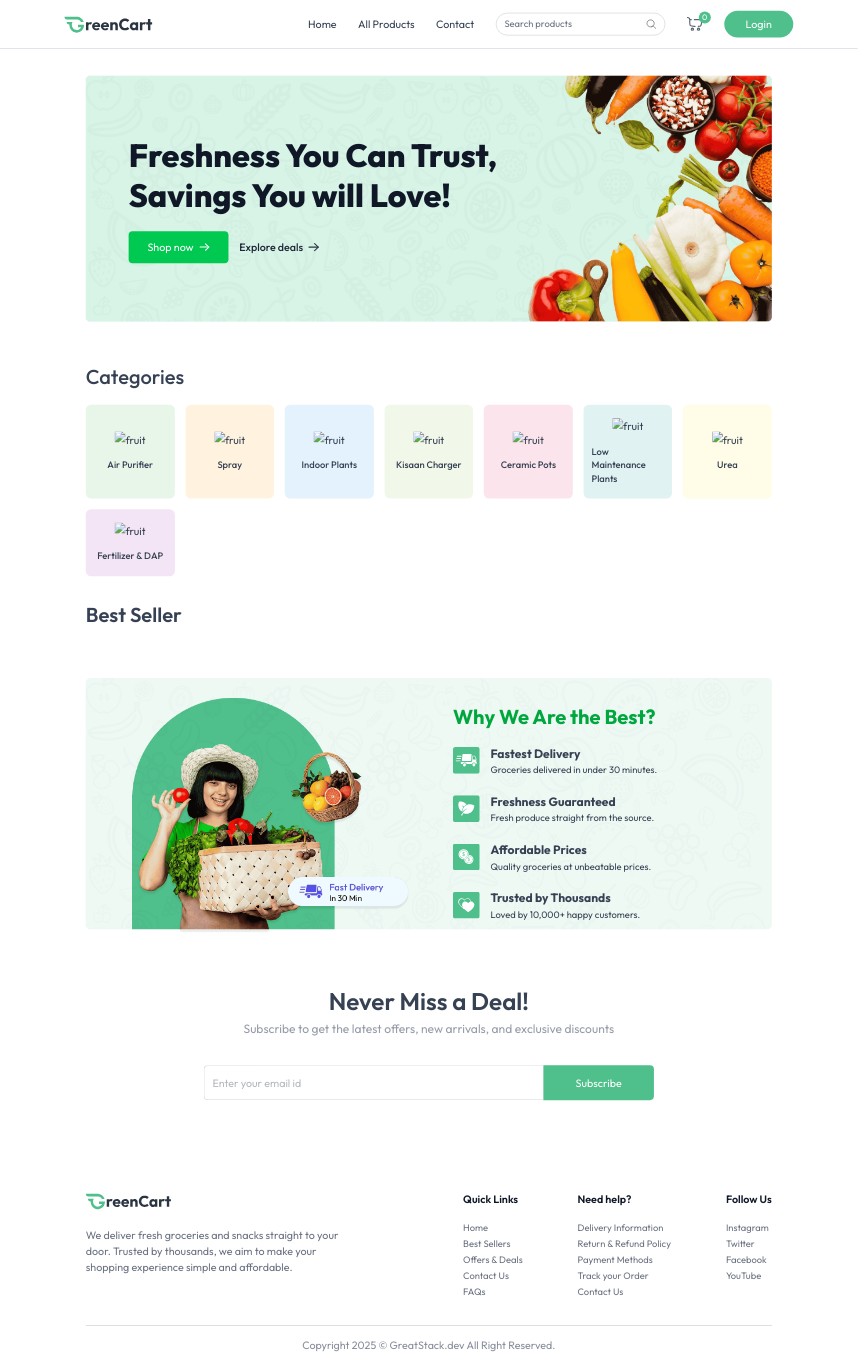
Repository: deepak445566/cv
Page: / (app in client/)
The author's editor kept a copy of each file at every save. The page is drawn from the files as they stood at one save, then again after the next save.
The browser window is 1280 px wide. The pictures show the whole page, at 67% of full size.
The page's requests for data from a server got no answer. Some web fonts or font styles are not loaded; a fallback is used. The project was rebuilt for these pictures with package versions that can differ from the ones it lists, and the page was loaded fresh each time. No one was signed in, and anything a server would have sent is missing. Also part of the build but not shown: client/vite.config.js, client/src/components/ProductCard.jsx, client/src/components/Login.jsx, client/src/pages/AllProduct.jsx, client/src/pages/Productcato.jsx, client/src/pages/ProductDetail.jsx, client/src/pages/Cart.jsx, client/src/components/Addaddress.jsx and 7 more.

Above is the page before, as saved 2025-12-14 19:49:48.

### client/index.html
<!doctype html>
<html lang="en">
  <head>
    <meta charset="UTF-8" />
    <link rel="icon" type="image/svg+xml" href="/favicon.svg" />
    <meta name="viewport" content="width=device-width, initial-scale=1.0" />
    <title>Grocery</title>
  </head>
  <body>
    <div id="root"></div>
    <script type="module" src="/src/main.jsx"></script>
  </body>
</html>

### client/src/main.jsx
import { StrictMode } from 'react'
import { createRoot } from 'react-dom/client'
import './index.css'
import App from './App.jsx'
import {BrowserRouter} from 'react-router-dom'
import { AppContextProvider } from './context/AppContext.jsx'


createRoot(document.getElementById('root')).render(
  <BrowserRouter>
  <AppContextProvider>
    <App />
    </AppContextProvider>
 </BrowserRouter>,
)

### client/src/index.css



@import url('https://fonts.googleapis.com/css2?family=Anton&family=Archivo+Black&family=Bebas+Neue&family=Bungee&family=Exo+2:ital,wght@0,100..900;1,100..900&family=Frijole&family=Kaushan+Script&family=Lilita+One&family=Mozilla+Headline:wght@200..700&family=Outfit:wght@100..900&family=Poppins:ital,wght@0,100;0,200;0,300;0,400;0,500;0,600;0,700;0,800;0,900;1,100;1,200;1,300;1,500;1,600;1,700;1,800;1,900&family=Rowdies:wght@300;400;700&family=Signika+Negative:wght@300..700&display=swap');

@import "tailwindcss";

*{
  font-family: "Outfit", sans-serif;
}
@theme {
  --color-primary:#4fbf8b;
  --color-primary-dull: #44ae7c;
}

### client/src/App.jsx
import React from 'react'
import Navbar from './components/Navbar'
import Home from './pages/Home'
import { Route, Routes, useLocation } from 'react-router-dom'
import { Toaster } from 'react-hot-toast';
import Footer from './components/Footer';
import { useAppContext } from './context/AppContext';
import Login from './components/Login';
import AllProduct from './pages/AllProduct';
import Productcato from './pages/Productcato';
import ProductDetail from './pages/ProductDetail';
import Cart from './pages/Cart';
import Addaddress from './components/Addaddress';
import Myorders from './pages/Myorders';
import SellerLogin from './components/seller/SellerLogin';
import SellerLayout from './pages/seller/SellerLayout';
import Addproduct from './pages/seller/Addproduct';
import ProductList from './pages/seller/ProductList';
import Order from './pages/seller/Order';
import Loading from './components/Loading';

function App() {

  const isSellerPath = useLocation().pathname.includes("seller");
const {showLogin,isSeller} =useAppContext();


  return (
  <>
  <div className='text-default min-h-screen text-gray-700 bg-white'>
{isSellerPath ? null : <Navbar/>}
{showLogin ? <Login/> : null}
<Toaster></Toaster>
<div className={` ${isSellerPath ? " ":"px-6 md:px-16 lg:px-24 xl:px-32" }`}>
  <Routes>
    <Route path='/' element={<Home/>}/>
    <Route path='/products' element={<AllProduct/>}/>
    <Route path='/products/:category' element={<Productcato/>}/>
    <Route path='/products/:category/:id' element={<ProductDetail/>}/>
  <Route path='/cart' element={<Cart/>}/>
  <Route path='/add-address' element={<Addaddress/>}/>
  <Route path='/myOrders' element={<Myorders/>}/>
<Route path="/loader" element={<Loading/>}/>



  <Route path='/seller' element={isSeller?<SellerLayout/> :<SellerLogin/>}>
  <Route index element={isSeller?<Addproduct/>:null} />
<Route path='product-list' element={isSeller?<ProductList/>:null} />
<Route path='orders' element={<Order/>}/>



  </Route>


  </Routes>
</div>
 {!isSellerPath && <Footer />}
</div>
  </>
  )
}

export default App

### client/src/context/AppContext.jsx
import { createContext, useContext, useEffect, useState } from "react";
import { useNavigate } from "react-router-dom";
import { dummyProducts } from "../assets/assets";
import toast from "react-hot-toast";
import axios from "axios";


axios.defaults.withCredentials = true;
axios.defaults.baseURL = import.meta.env.VITE_BACKEND_URL;






export const AppContext = createContext();

export const AppContextProvider = ({ children }) => {
  const navigate = useNavigate();

  const [user, setUser] = useState(null);
  const [isSeller, setIsSeller] = useState(false);
  const [showLogin, setShowLogin] = useState(false);
  const [products, setProducts] = useState([]);
  const [cartItems, setCartItems] = useState({});
  const [search, setSearch] = useState({});

  //status//
  const fetchSeller = async () =>{
    try {
      const {data} = await axios.get("/api/seller/isauth");
      if(data.success){
        setIsSeller(true);
      }
      else{
        setIsSeller(false);
      }
    } catch (error) {
      setIsSeller(false);
    }
  }



  const fetchUser = async ()=>{
    try {
      const {data} = await axios.get('/api/user/isauth');
      if(data.success){
        setUser(data.user)
        setCartItems(data.user.cartItems)

      }
    } catch (error) {
      setUser(null)
    }
  }


  // Fetch products
  const fetchProducts = async () => {
   try{
const {data} = await axios.get("/api/product/list")
if(data.success){
  setProducts(data.products)
}else{
  toast.error(data.message)
}
   }catch(error){
toast.error(error.message)
   }
  };

  // Add to cart
  const addToCart = (itemId) => {
    let cartData = structuredClone(cartItems);
    if (cartData[itemId]) {
      cartData[itemId] += 1;
    } else {
      cartData[itemId] = 1;
    }
    setCartItems(cartData);
    console.log(cartItems);
    toast.success("Added to Cart");
  };

  // Update cart quantity
  const updateCart = (itemId, quantity) => {
    let cartData = structuredClone(cartItems);
    if (quantity <= 0) {
      delete cartData[itemId];
    } else {
      cartData[itemId] = quantity;
    }
    setCartItems(cartData);
  };

  // Remove product from cart completely
  const removeFromCart = (itemId) => {
    let cartData = structuredClone(cartItems);
    if (cartData[itemId]) {
      delete cartData[itemId];
      setCartItems(cartData);
      toast.success("Removed from Cart");
    }
  };

  const getcount = () => {
    let totalcount = 0;
    for (const item in cartItems) {
      totalcount += cartItems[item];
    }
    return totalcount;
  };

  const gettotal = () => {
    let totalAmount = 0;
    for (const itemId in cartItems) {
      let itemInfo = products.find((pro) => pro._id === itemId);
      if (itemInfo && cartItems[itemId] > 0) {
        totalAmount += itemInfo.offerPrice * cartItems[itemId]; // ✅ fixed property name
      }
    }
    return Math.floor(totalAmount * 100) / 100;
  };

  useEffect(() => {
    fetchSeller()
    fetchUser()
    fetchProducts()
  }, []);
//databasecrt items//
useEffect(()=>{
const updateCart = async () => {
  try {
    const { data } = await axios.post('/api/cart/update', {
      userId: user._id,   // make sure user object has _id
      cartItems
    });
    if (!data.success) {
      toast.error(data.message);
    }
  } catch (error) {
    toast.error(error.message);
  }
};

if(user){
  updateCart()
}


},[cartItems])



  const value = {
    navigate,
    user,
    setUser,
    isSeller,
    setIsSeller,
    showLogin,
    setShowLogin,
    products,
    addToCart,
    updateCart,
    removeFromCart, // ⬅ new function
    cartItems,
    search,
    setSearch,
    getcount,
    gettotal,
    axios,
    fetchProducts,
    setCartItems
  };

  return <AppContext.Provider value={value}>{children}</AppContext.Provider>;
};

// Custom hook
export const useAppContext = () => {
  return useContext(AppContext);
};

### client/src/components/Navbar.jsx
import React, { useEffect } from 'react'
import { NavLink } from 'react-router-dom'
import { assets } from '../assets/assets'
import { useAppContext } from '../context/AppContext'
import toast from 'react-hot-toast'
function Navbar() {
     const [open, setOpen] = React.useState(false)
     const {user,setUser,setShowLogin,navigate,setSearch,search,getcount,axios}= useAppContext();

     useEffect(()=>{
if(search.length>0){
  navigate("/products")
}
     },[search])


     const Logout=async()=>{

      try{
const {data} = await axios.get("/api/user/logout")
if(data.success){
  toast.success(data.message)
     setUser(null);
      navigate('/')
}else{
  toast.error(data.message)
}
      }catch(error){
toast.error(error.message)
      }

     }
  return (
  <>
 <nav className="flex items-center justify-between px-6 md:px-16 lg:px-24  py-4 border-b border-gray-300 bg-white relative transition-all z-40">

          <NavLink to='/' onClick={()=>setOpen(false)}>
            <img src={assets.logo}/>
          </NavLink>

            {/* Desktop Menu */}
            <div className="hidden sm:flex items-center gap-8">
              <NavLink to="/">Home</NavLink>
                <NavLink to="/products">All Products</NavLink>
                  <NavLink to="/">Contact</NavLink>

                <div className="hidden lg:flex items-center text-sm gap-2 border border-gray-300 px-3 rounded-full">
                    <input onChange={(e)=>setSearch(e.target.value)} className="py-1.5 w-full bg-transparent outline-none placeholder-gray-500" type="text" placeholder="Search products" />
                   <img src={assets.search_icon} className='w-4 h-4'/>
                </div>

                <div onClick={()=>navigate("/cart")} className="relative cursor-pointer ">
                   <img src={assets.nav_cart_icon} className='w-6 opacity-80'/>
                    <button className="absolute -top-2 -right-3 text-xs text-white bg-primary w-[18px] h-[18px] rounded-full">{getcount()}</button>
                </div>

                {!user ? (<button onClick={()=>setShowLogin(true)} className="cursor-pointer px-8 py-2 bg-primary hover:bg-primary-dull transition text-white rounded-full">
                    Login
                </button>):(
                  <div className='relative group'>

                    <img src={assets.profile_icon} className='w-10'/>
                    <ul className='hidden group-hover:block absolute top-10 right-0 bg-white shadow border border-gray-200  py-2.5 w-30 rounded-md text-sm z-40'>
                      <li onClick={()=>navigate("myOrders")} className='p-1.5 pl-3 hover:bg-primary/10 cursor-pointer'>
                        My Orders
                      </li>
                      <li onClick={()=>Logout()} className='p-1.5 pl-3 hover:bg-primary/10 cursor-pointer'>Logout</li>
                    </ul>
                  </div>
                )}
            </div>
<div className='flex items-center gap-6 sm:hidden'>

                <div onClick={()=>navigate("/cart")} className="relative cursor-pointer ">
                   <img src={assets.nav_cart_icon} className='w-6 opacity-80'/>
                    <button className="absolute -top-2 -right-3 text-xs text-white bg-primary w-[18px] h-[18px] rounded-full">{getcount()}</button>
                </div>
    <button onClick={() => open ? setOpen(false) : setOpen(true)} aria-label="Menu" >
                {/* Menu Icon SVG */}
              <img src={assets.menu_icon}/>
            </button>
</div>


            {/* Mobile Menu */}
            <div className={`${open ? 'flex' : 'hidden'} absolute top-[60px] left-0 w-full bg-white shadow-md py-4 flex-col items-start gap-2 px-5 text-sm md:hidden`}>
              <NavLink to="/" onClick={()=>setOpen(false)}>Home</NavLink>
                       <NavLink to="/products" onClick={()=>setOpen(false)}>All Products</NavLink>
                       {user &&
                             <NavLink to="/products" onClick={()=>setOpen(false)}>My Orders</NavLink>}

              <NavLink to="/" onClick={()=>setOpen(false)}>Contact</NavLink>


              {!user?( <button          onClick={()=>{setOpen(false), setShowLogin(true)}}

              className="cursor-pointer px-6 py-2 mt-2 bg-primary hover:bg-primary-dull transition text-white rounded-full text-sm">

                    Login
                </button>):( <button onClick={()=>Logout()} className="cursor-pointer px-6 py-2 mt-2 bg-primary hover:bg-primary-dull transition text-white rounded-full text-sm">
                    Logout
                </button>)}

            </div>

        </nav>
  </>
  )
}

export default Navbar

### client/src/pages/Home.jsx
import React from 'react'

import MainBanner from '../components/MainBanner'
import Categories from '../components/Categories'
import BestSeller from '../components/BestSeller'
import BottomBanner from '../components/BottomBanner'
import NewsLetter from '../components/NewsLetter'

export default function() {
  return (
   <>
   <div className='mt-10'>
    <MainBanner/>
    <Categories/>
    <BestSeller/>
    <BottomBanner/>
    <NewsLetter/>

   </div>
   </>
  )
}

### client/src/components/Footer.jsx
import React from 'react'
import { assets, footerLinks } from '../assets/assets'

function Footer() {
  return (
 <>
  <div className="px-6 md:px-16 lg:px-24 xl:px-32 mt-24">
            <div className="flex flex-col md:flex-row items-start justify-between gap-10 py-10 border-b border-gray-500/30 text-gray-500">
                <div>
                    <img className="w-34 md:w-32" src={assets.logo} alt="dummyLogoColored" />
                    <p className="max-w-[410px] mt-6">We deliver fresh groceries and snacks straight to your door. Trusted by thousands, we aim to make your shopping experience simple and affordable.</p>
                </div>
                <div className="flex flex-wrap justify-between w-full md:w-[45%] gap-5 ">
                    {footerLinks.map((section, index) => (
                        <div key={index}>
                            <h3 className="font-semibold text-base text-gray-900 md:mb-5 mb-2">{section.title}</h3>
                            <ul className="text-sm space-y-1">
                                {section.links.map((link, i) => (
                                    <li key={i}>
                                        <a href={link.url} className="hover:underline transition">{link.text}</a>
                                    </li>
                                ))}
                            </ul>
                        </div>
                    ))}
                </div>
            </div>
            <p className="py-4 text-center text-sm md:text-base text-gray-500/80">
                Copyright 2025 © <a href="https://prebuiltui.com">GreatStack.dev</a> All Right Reserved.
            </p>
        </div>

 </>
  )
}

export default Footer

### client/src/components/MainBanner.jsx
import React from "react";
import { assets } from "../assets/assets";
import { Link } from "react-router-dom";

function MainBanner() {
  return (
    <div className="relative w-full">
      {/* Banner image */}
      <img
        src={assets.main_banner_bg}
        alt="Main banner"
        className="w-full hidden md:block"
      />
      <img
        src={assets.main_banner_bg_sm}
        alt="Main banner mobile"
        className="w-full md:hidden"
      />

      {/* Overlay content */}
      <div className="absolute inset-0 flex flex-col justify-center md:items-start items-center px-6 md:px-16 mt-96 lg:mt-0 md:mt-0">
        <h1 className="text-2xl md:text-5xl font-extrabold text-gray-900 leading-snug md:leading-tight max-w-xl text-center md:text-left md:text-2xl">
          Freshness You Can Trust, Savings You will Love!
        </h1>

        {/* Buttons */}
        <div className="mt-6 flex flex-col md:flex-row items-center  md:justify-start gap-4">
          <Link
            to="/products"
            className="flex items-center gap-2 px-7 py-3 bg-green-500 hover:bg-green-600 text-white rounded-md transition"
          >
            Shop now
            <img
              src={assets.white_arrow_icon}
              alt="arrow"
              className="w-4 h-4"
            />
          </Link>

          {/* Second button only visible on desktop */}
          <Link
            to="/products"
            className="hidden md:flex items-center gap-2 i text-gray-800 font-medium hover:gap-3 transition"
          >
            Explore deals
            <img
              src={assets.black_arrow_icon}
              alt="arrow"
              className="w-4 h-4"
            />
          </Link>
        </div>
      </div>
    </div>
  );
}

export default MainBanner;

### client/src/components/Categories.jsx
import React from "react";
import { assets, categories } from "../assets/assets";
import { useAppContext } from "../context/AppContext";

function Categories() {
  const { navigate } = useAppContext();
  return (
    <div className="mt-16">
      <p className="text-2xl md:text-3xl font-medium mb-6">Categories</p>

      <div className="grid grid-cols-2 sm:grid-cols-3 md:grid-cols-5 lg:grid-cols-6 xl:grid-cols-7 gap-4">
        {categories.map((cato, index) => (
          <div
            key={index}
            className="group cursor-pointer py-5 px-3 gap-2 rounded-lg flex flex-col justify-center items-center  "
            style={{ backgroundColor: cato.bgColor }}
            onClick={() => {
              navigate(`/products/${cato.path.toLowerCase()}`);
              scrollTo(0, 0);
            }}
          >
            <img
              src={cato.image}
              alt="fruit"
              className="transition-transform duration-300 group-hover:scale-110 max-w-28"
            />
            <p className="text-sm font-medium mt-2">{cato.text}</p>
          </div>
        ))}
        {/* Category Item */}
      </div>
    </div>
  );
}

export default Categories;

### client/src/components/BestSeller.jsx
import React from "react";
import ProductCard from "./ProductCard";
import { useAppContext } from "../context/AppContext";

function BestSeller() {
  const { products } = useAppContext();

  return (
    <div className="mt-10">
      {/* Heading */}
      <p className="text-2xl md:text-3xl font-semibold mb-4">
        Best Seller
      </p>

      {/* Products Grid */}
      <div className="grid grid-cols-2 sm:grid-cols-3 md:grid-cols-4 lg:grid-cols-5 gap-4 lg:gap-6">
        {products
          .filter((item) => item.inStock)
          .slice(0, 5)
          .map((item) => (
            <ProductCard key={item._id} product={item} />
          ))}
      </div>
    </div>
  );
}

export default BestSeller;

### client/src/components/BottomBanner.jsx
import React from "react";
import { assets, features } from "../assets/assets";

function BottomBanner() {
  return (
    <div className="relative w-full mt-15">
      {/* Desktop Background Image */}
      <img
        src={assets.bottom_banner_image}
        alt="Woman with groceries"
        className="w-full h-auto object-cover hidden md:block"
      />

      {/* Mobile Background Image */}
      <img
        src={assets.bottom_banner_image_sm}
        alt="Woman with groceries"
        className="w-full h-auto object-cover md:hidden"
      />

      {/* Overlay Text */}
      <div className="absolute inset-0 flex flex-col justify-center px-4 sm:px-6 md:px-12">
        <div className="max-w-6xl mx-auto grid grid-cols-1 md:grid-cols-2 gap-6 items-center">

          {/* Left Empty Space for Desktop */}
          <div className="hidden md:block"></div>

          {/* Right Section - Text */}
        <div className=" p-2 sm:p-6 rounded-lg md:rounded-none -mt-[16rem] sm:-mt-8 md:mt-5">
            <h2 className="text-2xl sm:text-3xl font-bold text-green-600 mb-4 sm:mb-6 text-center md:text-left">
              Why We Are the Best?
            </h2>

            <div className="space-y-4 sm:space-y-6">
              {features.map((item, index) => (
                <div
                  key={index}
                  className="flex flex-row items-start space-x-3 sm:space-x-4"
                >
                  <img
                    src={item.icon}
                    alt={item.title}
                    className="w-8 h-8 sm:w-10 sm:h-10 mt-1"
                  />
                  <div>
                    <h3 className="font-bold text-base sm:text-lg">{item.title}</h3>
                    <p className="text-gray-700 text-sm">{item.description}</p>
                  </div>
                </div>
              ))}
            </div>
          </div>

        </div>
      </div>
    </div>
  );
}

export default BottomBanner;

### client/src/components/NewsLetter.jsx
import React from 'react'

function NewsLetter() {
  return (
   <div className="flex flex-col items-center justify-center text-center space-y-2 mt-20">
            <h1 className="md:text-4xl text-2xl font-semibold">Never Miss a Deal!</h1>
            <p className="md:text-lg text-gray-500/70 pb-8">
                Subscribe to get the latest offers, new arrivals, and exclusive discounts
            </p>
            <form className="flex items-center justify-between max-w-2xl w-full md:h-13 h-12">
                <input
                    className="border border-gray-300 rounded-md h-full border-r-0 outline-none w-full rounded-r-none px-3 text-gray-500"
                    type="text"
                    placeholder="Enter your email id"
                    required
                />
                <button type="submit" className="md:px-12 px-8 h-full text-white bg-primary hover:bg-primary-dull transition-all cursor-pointer rounded-md rounded-l-none">
                    Subscribe
                </button>
            </form>
        </div>

  )
}

export default NewsLetter

Loaded but not shown: client/src/assets/assets.js (853 lines, source omitted)

After the next save:
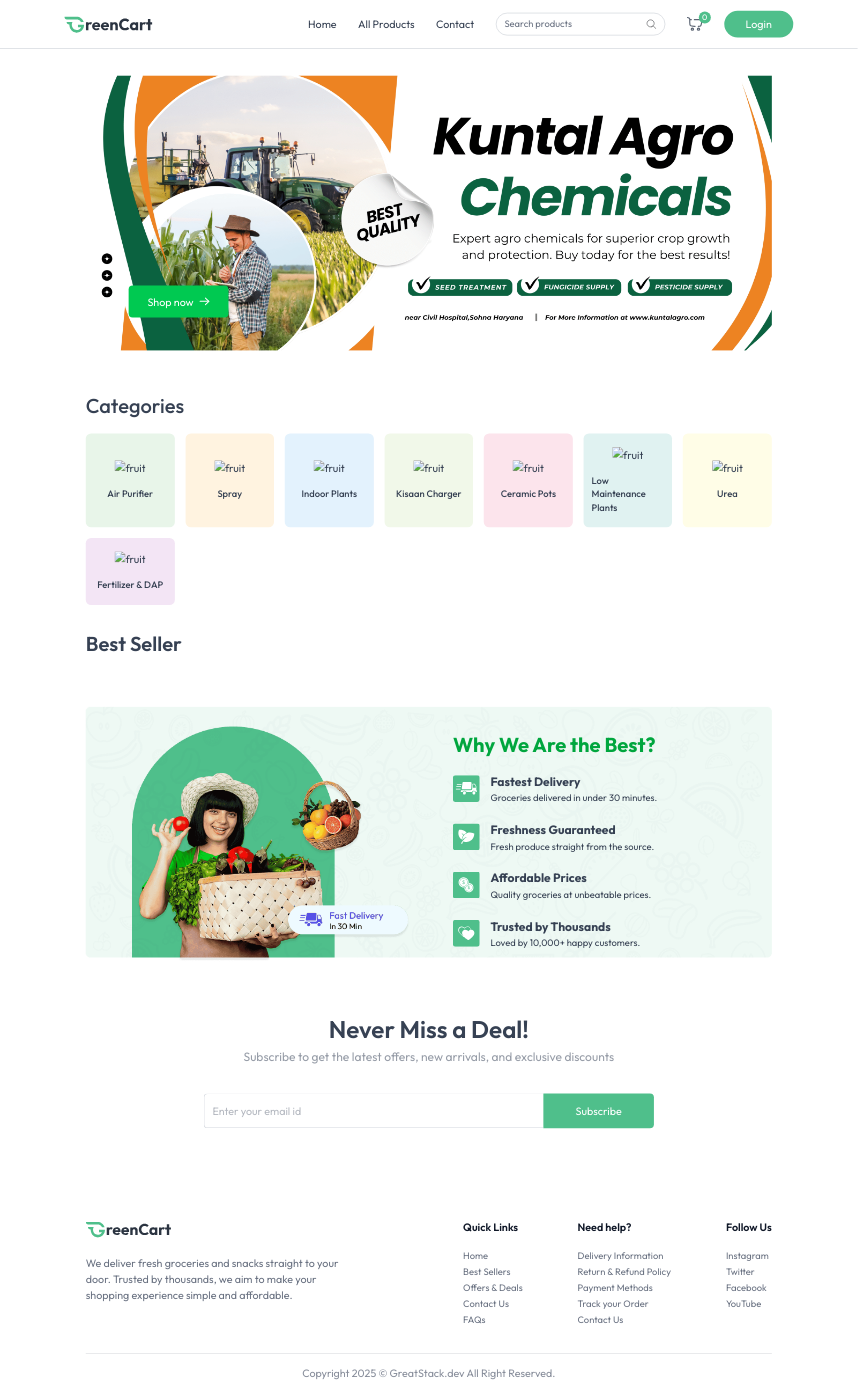
Saved 41 s later.
--- a/client/src/components/MainBanner.jsx
+++ b/client/src/components/MainBanner.jsx
@@ -7,7 +7,7 @@
     <div className="relative w-full">
       {/* Banner image */}
       <img
-        src={assets.main_banner_bg}
+        src="/main1.png"
         alt="Main banner"
         className="w-full hidden md:block"
       />
@@ -19,12 +19,10 @@
 
       {/* Overlay content */}
       <div className="absolute inset-0 flex flex-col justify-center md:items-start items-center px-6 md:px-16 mt-96 lg:mt-0 md:mt-0">
-        <h1 className="text-2xl md:text-5xl font-extrabold text-gray-900 leading-snug md:leading-tight max-w-xl text-center md:text-left md:text-2xl">
-          Freshness You Can Trust, Savings You will Love!
-        </h1>
+
 
         {/* Buttons */}
-        <div className="mt-6 flex flex-col md:flex-row items-center  md:justify-start gap-4">
+        <div className="mt-66 flex flex-col md:flex-row items-center  md:justify-start gap-4">
           <Link
             to="/products"
             className="flex items-center gap-2 px-7 py-3 bg-green-500 hover:bg-green-600 text-white rounded-md transition"
@@ -37,18 +35,7 @@
             />
           </Link>
 
-          {/* Second button only visible on desktop */}
-          <Link
-            to="/products"
-            className="hidden md:flex items-center gap-2 i text-gray-800 font-medium hover:gap-3 transition"
-          >
-            Explore deals
-            <img
-              src={assets.black_arrow_icon}
-              alt="arrow"
-              className="w-4 h-4"
-            />
-          </Link>
+
         </div>
       </div>
     </div>
